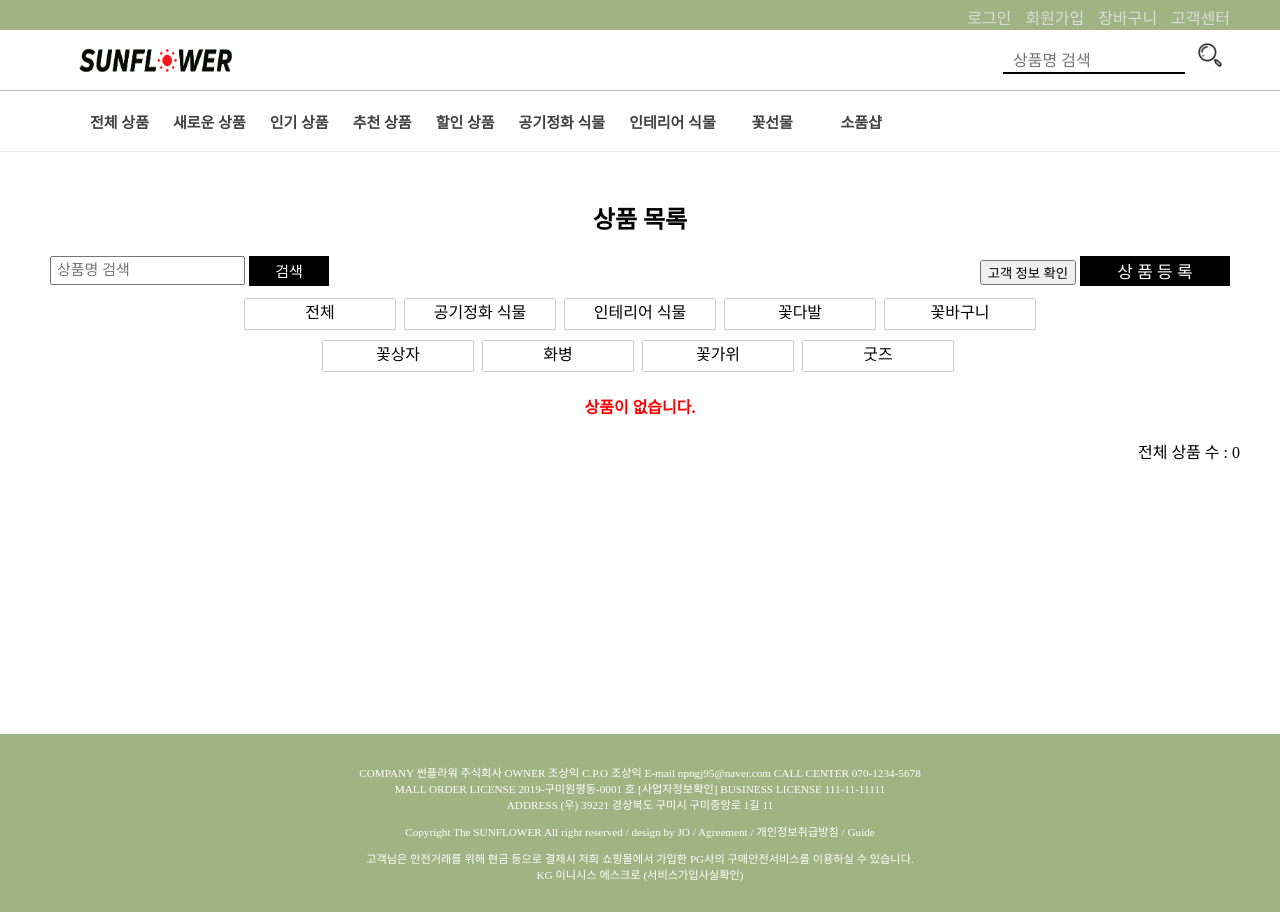
Repository: Jo-Sang-Ik/JSP_hompage
Page: http://localhost/home/product/product_list.jsp?category=11
The author's editor kept a copy of each file at every save. The page is drawn from the files as they stood at one save, then again after the next save.
The browser window is 1280 px wide. The pictures show the whole page.
Some web fonts or font styles are not loaded; a fallback is used. The page is served by Tomcat 9. Queries for data that is not in the repository find no rows.

Above is the page before, as saved 2020-05-06 02:01:19.

After the next save:
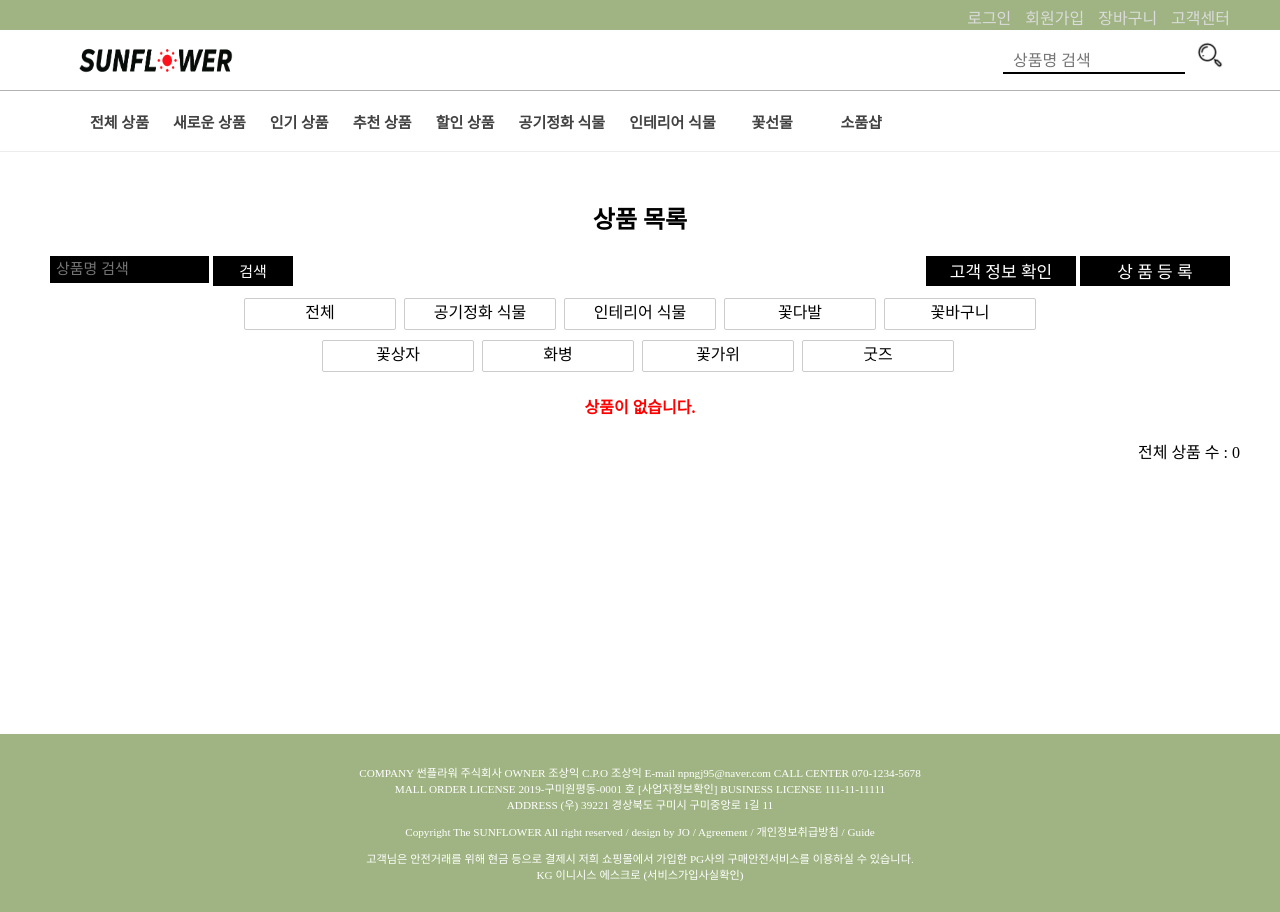
Saved 46 s later.
--- a/workspace/home/WebContent/product/css/product_list.css
+++ b/workspace/home/WebContent/product/css/product_list.css
@@ -10,7 +10,7 @@
 #content .right { text-align: right; padding-right: 10px;}
 
 /* 버튼 css  */
-#content .search_table #item_upload { cursor: pointer; background: black; font-size: 17px; color: white; width: 150px; height: 30px; border: 1px solid black; }
+#content .search_table input { cursor: pointer; background: black; font-size: 17px; color: white; width: 150px; height: 30px; border: 1px solid black; }
 #content .search_table #item_upload:hover { background: #404040;}
 
 #content .search_table input[type="text"] { vertical-align:top; padding-left: 5px; height: 23px; font-size: 15px;  }
